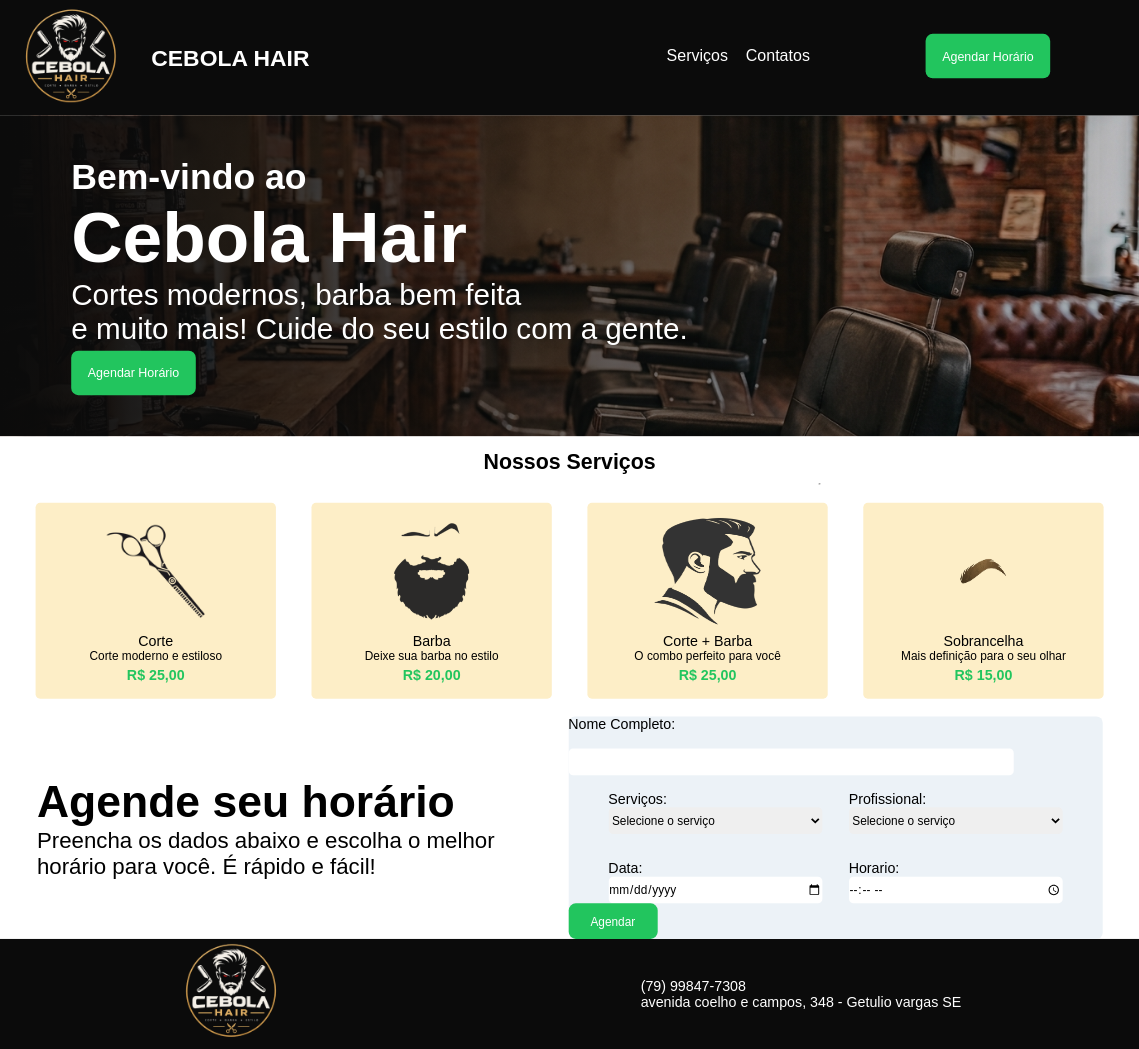
Repository: antonymsantana-design/final.activitie1
Page: index.html
The author's editor kept a copy of each file at every save. The page is drawn from the files as they stood at one save, then again after the next save.
The browser window is 1280 px wide. The pictures show the whole page, at 89% of full size.

Above is the page before, as saved 2026-09-15 20:03:14.

### index.html
<!doctype html>
<html lang="pt-br">
  <head>
    <meta charset="UTF-8" />
    <meta name="viewport" content="width=device-width, initial-scale=1.0" />
    <title>Cebola Hair</title>
    <link rel="stylesheet" href="style.css" />
    <script src="../final.activitie1/script.js" defer></script>
  </head>
  <header>
    <div class="conteudoH" id="conteudoH">
      <div class="imagem" id="imagem">
        <img
          src="image/logoC.png"
          alt="logo"
          class="logoIMG"
          id="logoIMG"
        />
        <h3 class="logoH">CEBOLA HAIR</h3>
      </div>
      <div class="direitaH">
        <div class="links" id="links">
          <a href="#" class="aLinks">Serviços</a>
          <a href="#" class="aLinks">Contatos</a>
        </div>
        <div class="btnDiv" id="btnDiv">
          <button class="btn" id="btn">
            <div class="btnTxt" id="btnTxt">
              <p>Agendar Horário</p>
            </div>
          </button>
        </div>
      </div>
    </div>
  </header>

  <body>
    <div class="conteudo">
      <div class="texto">
        <h4>Bem-vindo ao</h4>
        <h1>Cebola Hair</h1>
        <small
          >Cortes modernos, barba bem feita <br />
          e muito mais! Cuide do seu estilo com a gente.</small
        >
        <button class="btn" id="btn">
          <div class="btnTxt" id="btnTxt">
            <p>Agendar Horário</p>
          </div>
        </button>
      </div>
    </div>

    <h2 class="Our">Nossos Serviços</h2>
    <hr />

    <div class="cards">
      <div class="card">
        <img src="image/corte.webp" alt="tisora" class="icone" />
        <p>Corte</p>
        <small>Corte moderno e estiloso</small>
        <h4>R$ 25,00</h4>
      </div>
      <div class="card">
        <img src="image/barba(png).png" alt="tisora" class="icone" />
        <p>Barba</p>
        <small>Deixe sua barba no estilo</small>
        <h4>R$ 20,00</h4>
      </div>
      <div class="card">
        <img src="image/barba+corte(png).png" alt="tisora" class="icone" />
        <p>Corte + Barba</p>
        <small>O combo perfeito para você</small>
        <h4>R$ 25,00</h4>
      </div>
      <div class="card">
        <img
          src="image/Design sem nome.png"
          alt="tisora"
          class="icone"
        />
        <p>Sobrancelha</p>
        <small>Mais definição para o seu olhar</small>
        <h4>R$ 15,00</h4>
      </div>
    </div>

    <div class="agendar" id="agendar">
      <div class="esq">
        <h1>Agende seu horário</h1>
        <p>
          Preencha os dados abaixo e escolha o melhor <br />
          horário para você. É rápido e fácil!
        </p>
      </div>

      <div class="form">
        <div class="formCima"></div>
        <label for="nome">Nome Completo:</label><br/>
        <input type="text" name="nome" id="nome" class="forms"/><br/>

         <div class="quadrado">
        <div class="1">
          <label for="serv">Serviços:</label>
          <select name="serv" id="serv" class="formu">
            <option value="">Selecione o serviço</option>
            <option value="corte">Corte</option>
            <option value="barba">Barba</option>
            <option value="cort+barba">Corte + Barba</option>
            <option value="sobrancelha">Sobrancelha</option>
          </select>
          </div>

          <div class="2">
            <label for="prof">Profissional:</label>
            <select name="prof" id="prof" class="formu">
              <option value="">Selecione o serviço</option>
              <option value="cebola">Cebola</option>
            </select>
            </div>
            <div class="3">
              <label for="data">Data:</label> <br>
              <input type="date" name="data" id="data" class="formu"/>
            </div>
            <div class="4">
              <label for="hora">Horario:</label> <br>
              <input type="time" name="hora" id="hora" class="formu"/>
            </div>
          </div>
           <button type="button" class="agendarbtn">Agendar</button>
          </div>
      </div>
    </div>
  </body>
  <footer>
    <div class="direita">
      <img
        src="image/logoC.png"
        alt="logo"
        class="logoIMG"
        id="logoIMG"
      />
    </div>

    <div class="esquerda">
      <p>(79) 99847-7308</p>
      <p>avenida coelho e campos, 348 - Getulio vargas SE</p>
    </div>
  </footer>
</html>

### style.css
* {
    padding: 0px;
    margin: 0px;
    font-family: Arial, Helvetica, sans-serif;
}

header {
    background-color: #0B0B0B;
    height: 130px;
}

small {
    padding-bottom: 5px;
}

.conteudoH {
    display: flex;
    justify-content: space-between;
    padding-right: 100px;
    align-items: center;
}

.imagem {
    margin-left: 20px;
    margin-top: 5px;
    display: flex;
    justify-content: center;
    align-items: center;
    gap: 30px;
    font-weight: 600;
    font-size: 22px;
}

.logoIMG {
    width: 120px;
    height: 120px;
    cursor: pointer;
}

.logoH {
    color: white;

}

.links {
    display: flex;
    gap: 20px;
    justify-content: center;
    padding-right: 130px;
    font-size: 18px;
}

.links a {
    text-decoration: none;
    color: white;
    transition: 0.5s ease;
}

.aLinks:hover {
    transform: translateY(-5px);
    box-shadow: 0 4px 10px rgba(0, 0, 0, 0.15);
    background-color: #F0C56A;
    color: #F5F5F5;
    border-radius: 5px;
    width: 120px;
    height: 30px;
    display: flex;
    justify-content: center;
    align-items: center;
}

.btnDiv {
    display: flex;
}

.btn {
    display: flex;
    justify-content: center;
    width: 140px;
    height: 50px;
    background-color: #22C55E;
    border: none;
    color: white;
    align-items: center;
    border-radius: 8px;
    transition: 0.3s ease;
    cursor: pointer;
    font-size: 14px;
}

.btn:hover {
    transform: translateY(-5px);
    box-shadow: 0 8px 15px rgba(0, 0, 0, 0.4);
}

.direitaH {
    display: flex;
    justify-content: center;
    align-items: center;
}

.conteudo {
    background-image: url(image/Gemini_Generated_Image_hbetqjhbetqjhbet.jpg);
    background-repeat: no-repeat;
    background-size: cover;
    background-position: center;
    height: 50vh;
    color: white;
}

.texto {
    padding-left: 80px;
    font-size: 40px;
    display: flex;
    flex-direction: column;
    justify-content: center;
    height: 50vh;
    background: linear-gradient(to right, #0B0B0B, #15151531);

}

.card {
    background-color: #FDEEC7;
    width: 270px;
    height: 220px;
    display: flex;
    flex-direction: column;
    justify-content: center;
    align-items: center;
    border-radius: 5px;
}

.cards {
    display: flex;
    justify-content: center;
    gap: 40px;
    padding-top: 20px;
    padding-bottom: 20px;
}

.card h4 {
    color: #22C55E;
}

.icone {
    width: 120px;
    height: 120px;
    padding-bottom: 10px;
}

.Our {
    padding-top: 15px;
    text-align: center;
    padding-bottom: 10px;
}

hr {
    color: #22C55E;
    text-align: center;
    margin-left: 920px;
    margin-right: 920px;
}

.agendar{
    display: flex;
    justify-content: space-around;
    align-items: center;
}

.form{
    background-color: #ECF2F7;
    width: 600px;
    border-radius: 7px;
    display: flex;
    justify-content: center;
    flex-direction: column;
}
.quadrado{
    display: grid;
    justify-content: center;
    grid-template-columns: repeat(2, 200px);
    gap: 30px;
    column-gap: 70px;
    margin-right: 40px;
}

.esq {
    font-size: 25px;
}

footer{
    display: flex;
    justify-content: space-around;
    align-items: center;
    background-color: #0B0B0B;
    color: white;
}

.formu{
    width: 240px;
    height: 30px;
    border-radius: 5px;
    border: none;
}

.forms{
    width: 500px;
    height: 30px;
    border-radius: 5px;
    border: none;
}

.agendarbtn{
    display: flex;
    justify-content: center;
    align-items: center;
    width: 100px;
    height: 40px;
    background-color: #22C55E;
    border: none;
    color: white;
    border-radius: 8px;
    transition: 0.3s ease;
    cursor: pointer;
}

.agendarbtn:hover {
    transform: translateY(-5px);
}

Loaded but not shown: script.js (no copy from this time; the picture is the same without it)

After the next save:
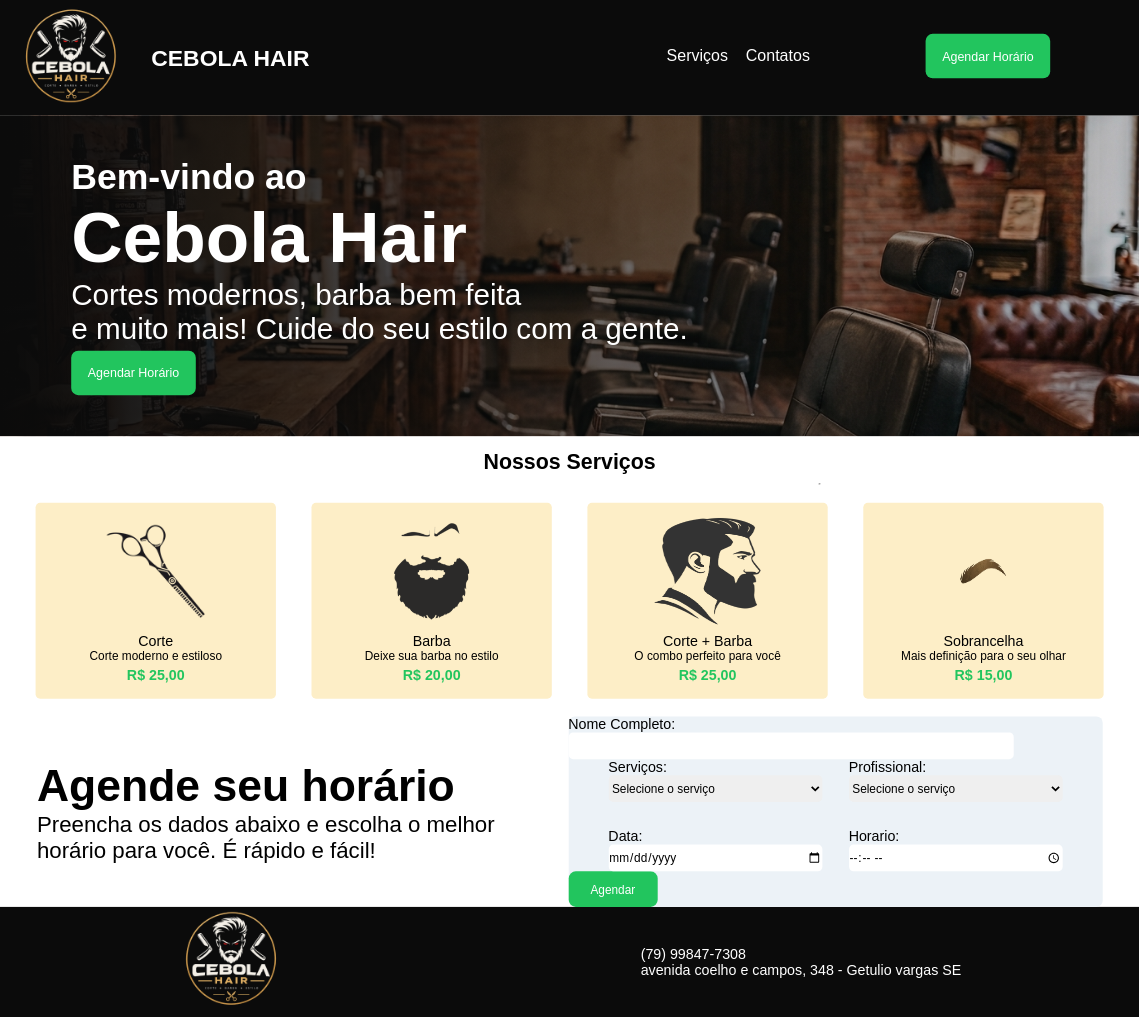
Saved 5 s later.
--- a/index.html
+++ b/index.html
@@ -95,7 +95,7 @@
       </div>
 
       <div class="form">
-        <div class="formCima"></div>
+        <div class="formCima">
         <label for="nome">Nome Completo:</label><br/>
         <input type="text" name="nome" id="nome" class="forms"/><br/>
 
